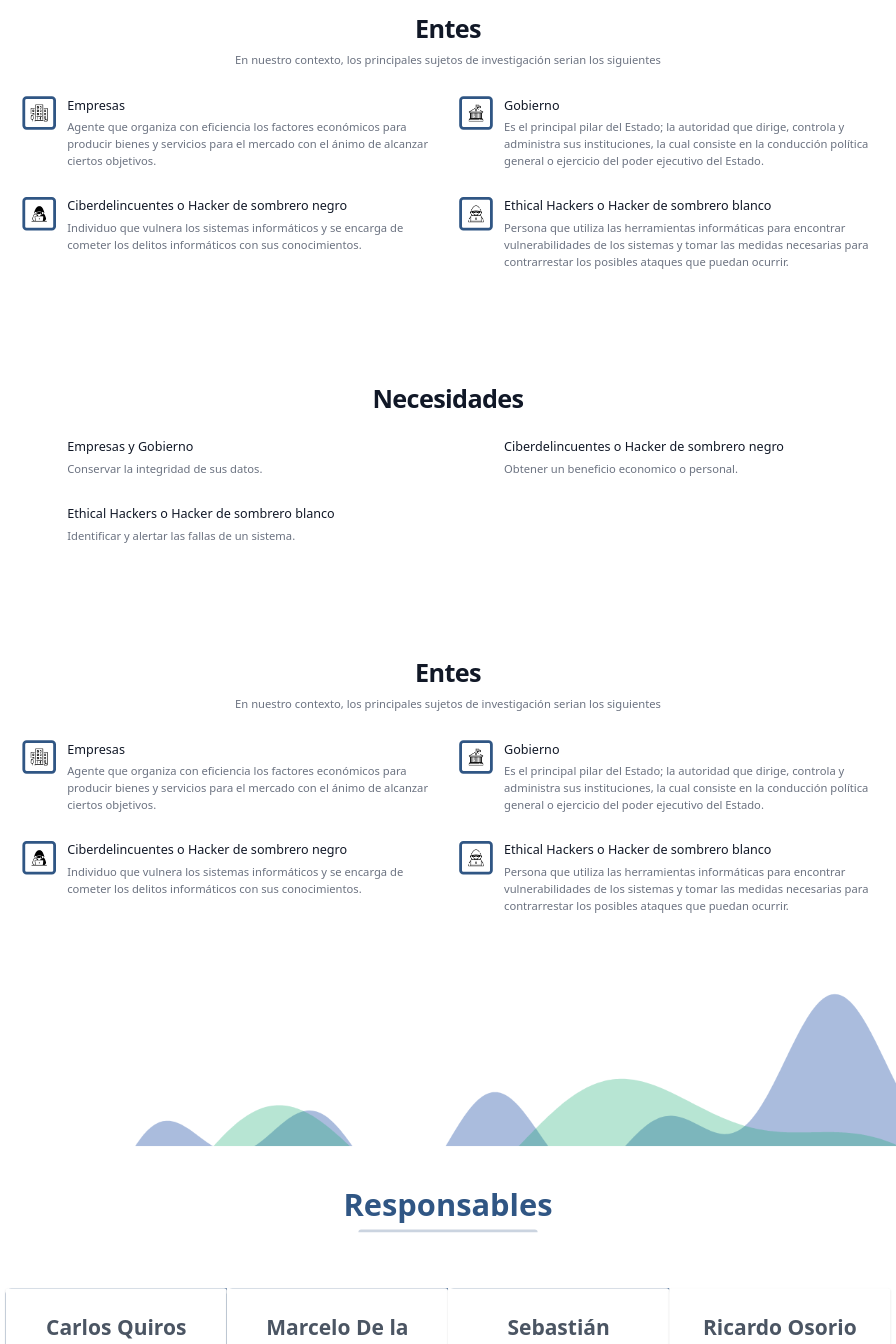
Repository: cardacar/fdi-2022
Page: /
These files come from the project's save history. The page is drawn as it stood at one moment and after the next save; the edit follows.
The browser window is 1280 px wide. The pictures show the part of the page from y = 3019 to 4939 px (the page is 5570 px tall), at 70% of full size.
The project was rebuilt for these pictures with package versions that can differ from the ones it lists, and the page was loaded fresh each time. The framework's server and built-in components were replaced by stand-ins that run in the browser. Also part of the build but not shown: next.config.js.

Above is the page before, as saved 2022-08-07 16:23:15.

After the next save:
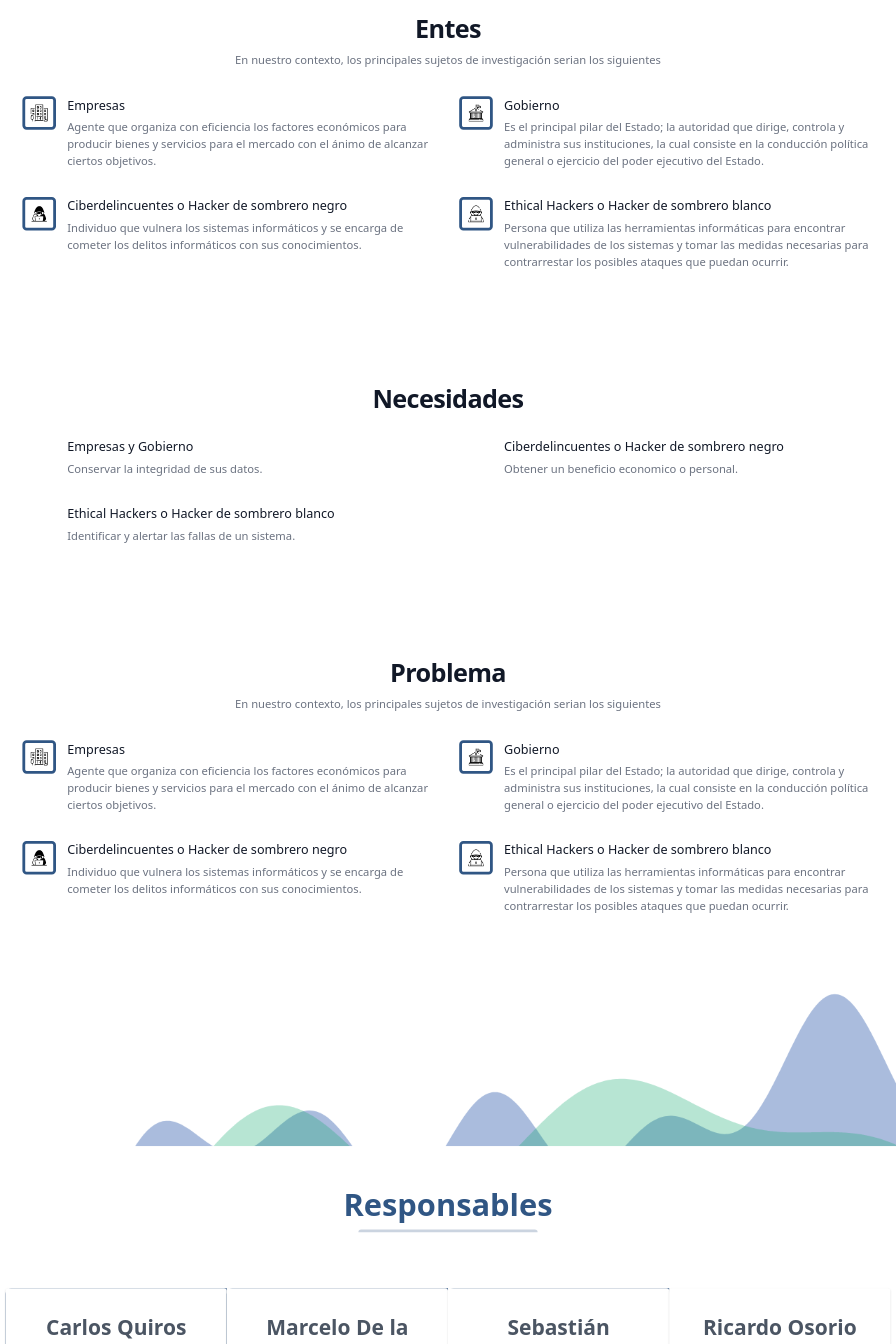
Saved 34 s later.
--- a/src/components/Problema.tsx
+++ b/src/components/Problema.tsx
@@ -15,7 +15,7 @@
             {title}
           </h2>
           <p className="mt-2 text-3xl leading-8 font-extrabold tracking-tight text-gray-900 sm:text-4xl">
-            {subtitle}
+            Problema
           </p>
           <p className="mt-4 max-w-2xl text-xl text-gray-500 lg:mx-auto">
             {description}
